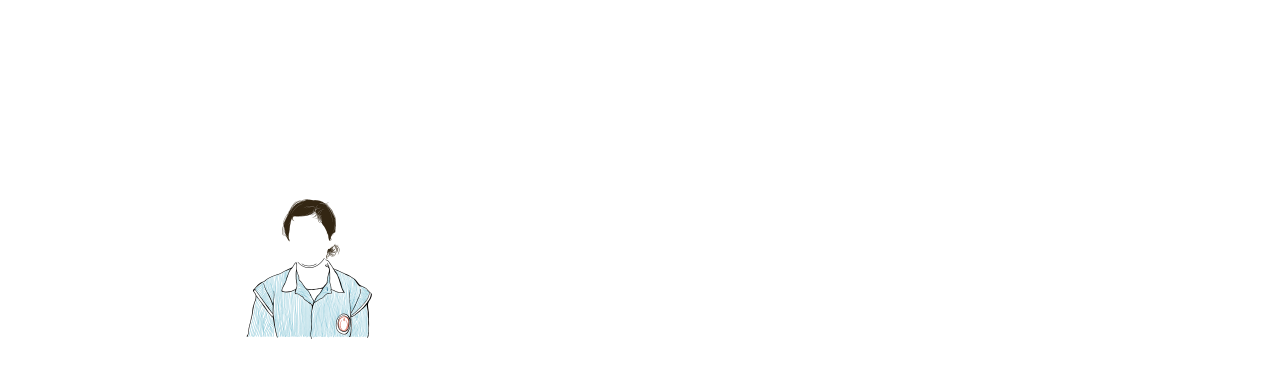
Repository: Lettie123/webpr4
Page: 04.html
These files come from the project's save history. The page is drawn as it stood at one moment and after the next save; the edit follows.
The browser window is 1280 px wide. The pictures show the whole page.

Above is the page before, as saved 2020-11-23 21:45:25.

After the next save:
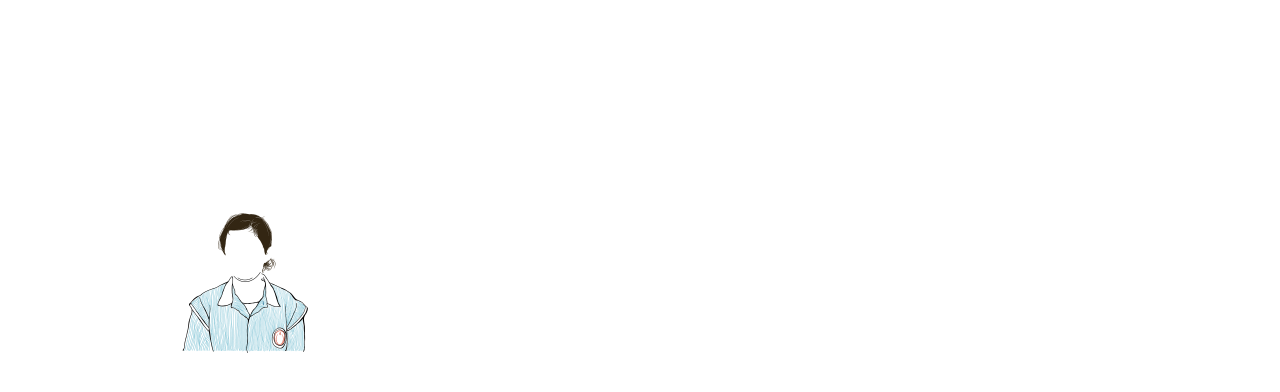
Saved 24 s later.
--- a/style05.css
+++ b/style05.css
@@ -8,7 +8,7 @@ body {
     width: 300px;
 	height: 300px;
 	position: absolute;
-	left: 30%;
-	top: 48%;
+	left: 25%;
+	top: 50%;
 	transform: translate(-50%,-50%);
 }
